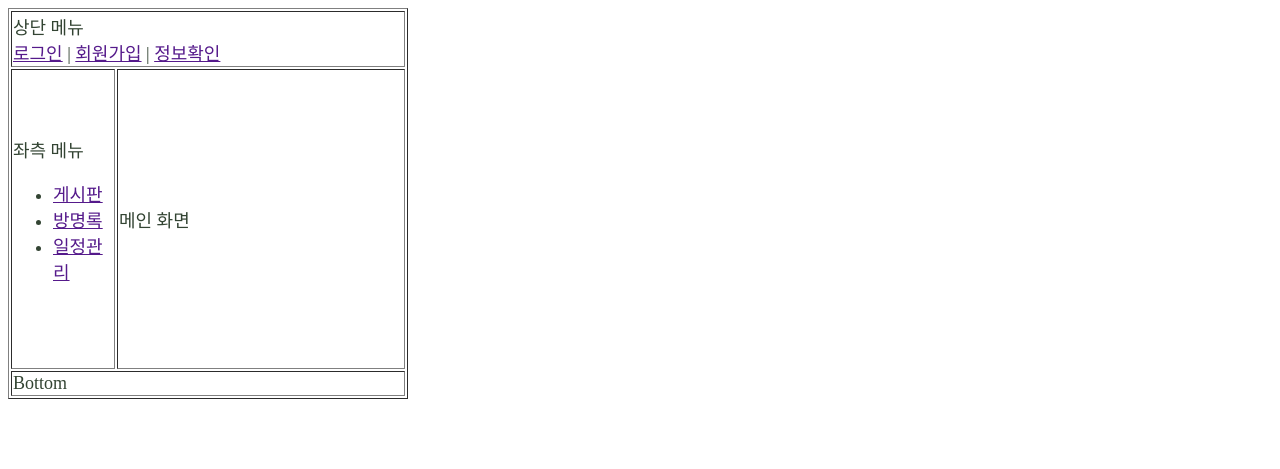
Repository: hyyrim/WebStudy
Page: http://localhost/WebApp19/Main.jsp
The author's editor kept a copy of each file at every save. The page is drawn from the files as they stood at one save, then again after the next save.
The browser window is 1280 px wide. The pictures show the whole page.
The page is served by Tomcat 9.

Above is the page before, as saved 2021-05-20 07:40:20.

After the next save:
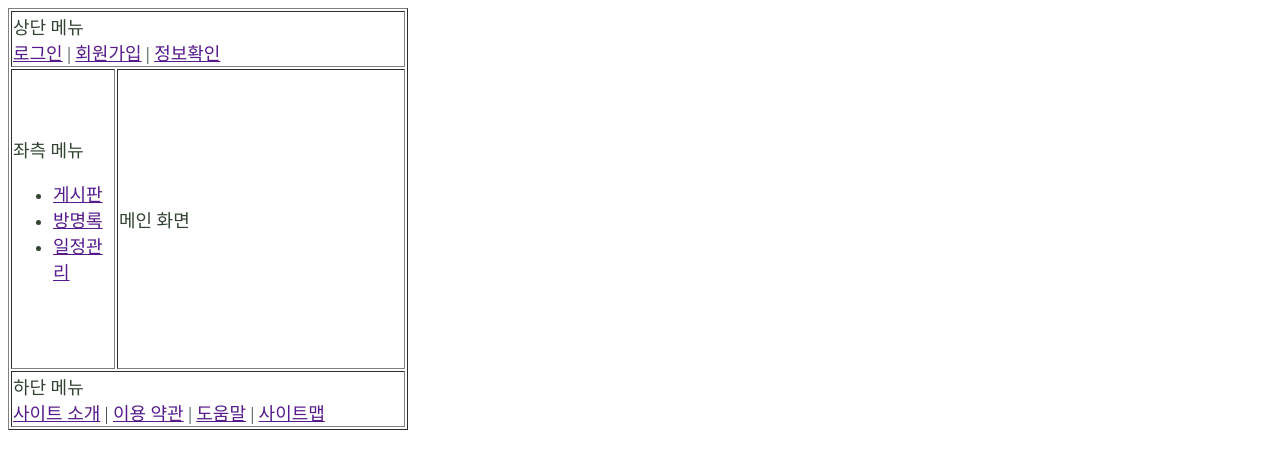
Saved 32 s later.
--- a/WebApp19/WebContent/Main.jsp
+++ b/WebApp19/WebContent/Main.jsp
@@ -20,7 +20,7 @@
 		<tr style="height: 300px;">
 			<td style="width: 100px;">
 				<!-- Left -->
-				<jsp:include page="Left.jsp" flush="false"></jsp:include>
+				<jsp:include page="Left.jsp" flush=""></jsp:include>
 			</td>
 			<td>
 				메인 화면
@@ -28,7 +28,8 @@
 		</tr>
 		<tr>
 			<td colspan="2">
-				Bottom
+				<!-- Bottom -->
+				<jsp:include page="Bottom.jsp" flush="false"></jsp:include>
 			</td>
 		</tr>
 	</table>
